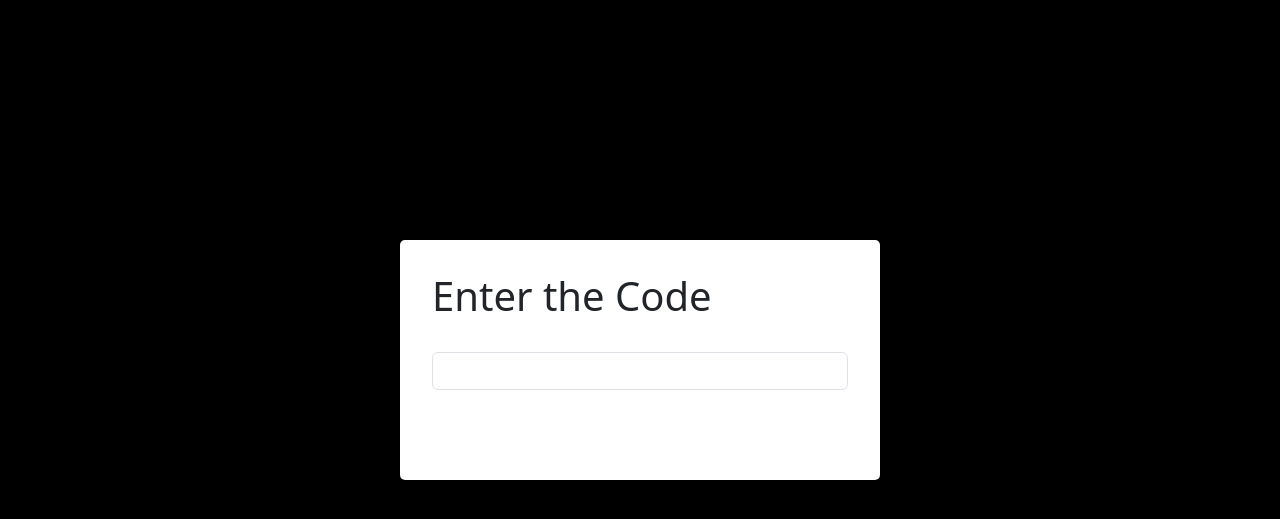
Repository: tran-thien-nhan/quiz_tlln
Page: index.html
The author's editor kept a copy of each file at every save. The page is drawn from the files as they stood at one save, then again after the next save.
The browser window is 1280 px wide. The pictures show the whole page.

Above is the page before, as saved 2023-06-28 12:37:29.

### index.html
<!DOCTYPE html>
<html lang="en">

<head>
  <meta charset="UTF-8">
  <meta name="viewport" content="width=device-width, initial-scale=1.0">
  <link rel="stylesheet" href="https://cdn.jsdelivr.net/npm/bootstrap@5.3.0/dist/css/bootstrap.min.css">
  <style>
    body {
      background-color: black;
      display: flex;
      justify-content: center;
      align-items: center;
      height: 100vh;
    }

    .container {
      background-color: #fff;
      padding: 2rem;
      width: 30rem;
      height: 15rem;
      border-radius: 5px;
    }

    #button-group {
      display: flex;
      justify-content: center;
      margin-top: 1rem;
    }
    h2{
        text-align: center;
        color: red;
    }
  </style>
  <title>Registration and Login</title>
</head>

<body>
  <div class="container">
    <h1>Enter the Code</h1>
    <form id="codeForm">
      <div class="mb-3">
        <br>
        <input type="password" class="form-control" id="codeInput" required>
      </div>
      <!-- <button id="code-btn" type="submit" class="btn btn-primary">Submit</button> -->
    </form>
  </div>

  <script>
    // Code form submission handler
    document.getElementById("codeForm").addEventListener("submit", function (event) {
      event.preventDefault();
      var code = document.getElementById("codeInput").value;
      if (code === "TLLN12345") { // Kiểm tra code nhập vào
        alert("Code accepted!");
        window.location.href = "quiz.html"; // Chuyển hướng sang trang quiz.html
      } else {
        alert("Invalid code.");
      }
    });
  </script>
</body>

</html>

After the next save:
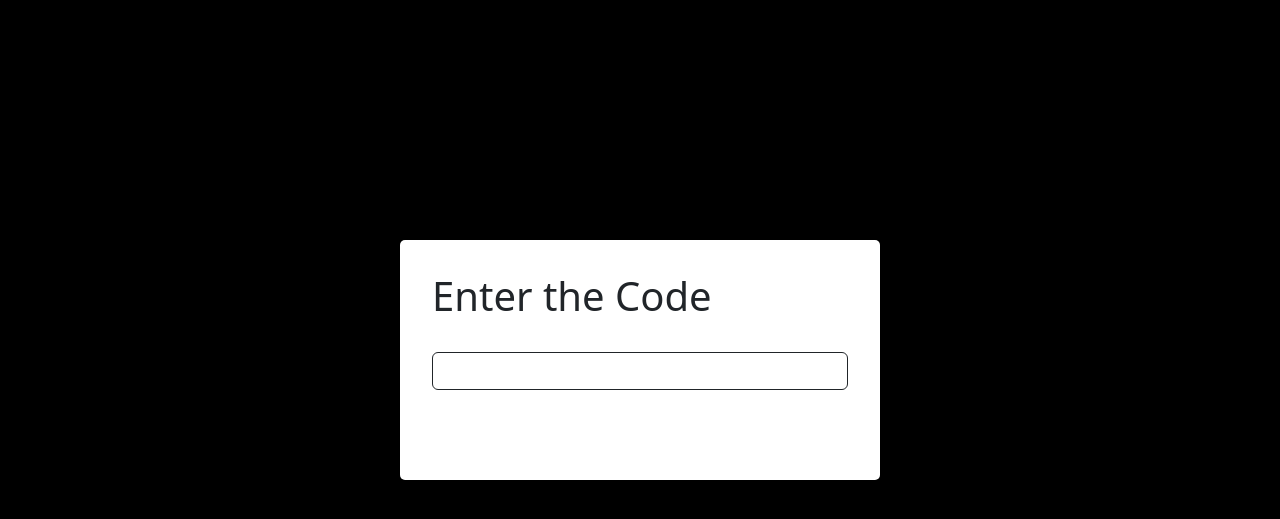
Saved 35 s later.
--- a/index.html
+++ b/index.html
@@ -41,7 +41,7 @@
     <form id="codeForm">
       <div class="mb-3">
         <br>
-        <input type="password" class="form-control" id="codeInput" required>
+        <input type="password" class="form-control border-dark" id="codeInput" required>
       </div>
       <!-- <button id="code-btn" type="submit" class="btn btn-primary">Submit</button> -->
     </form>
